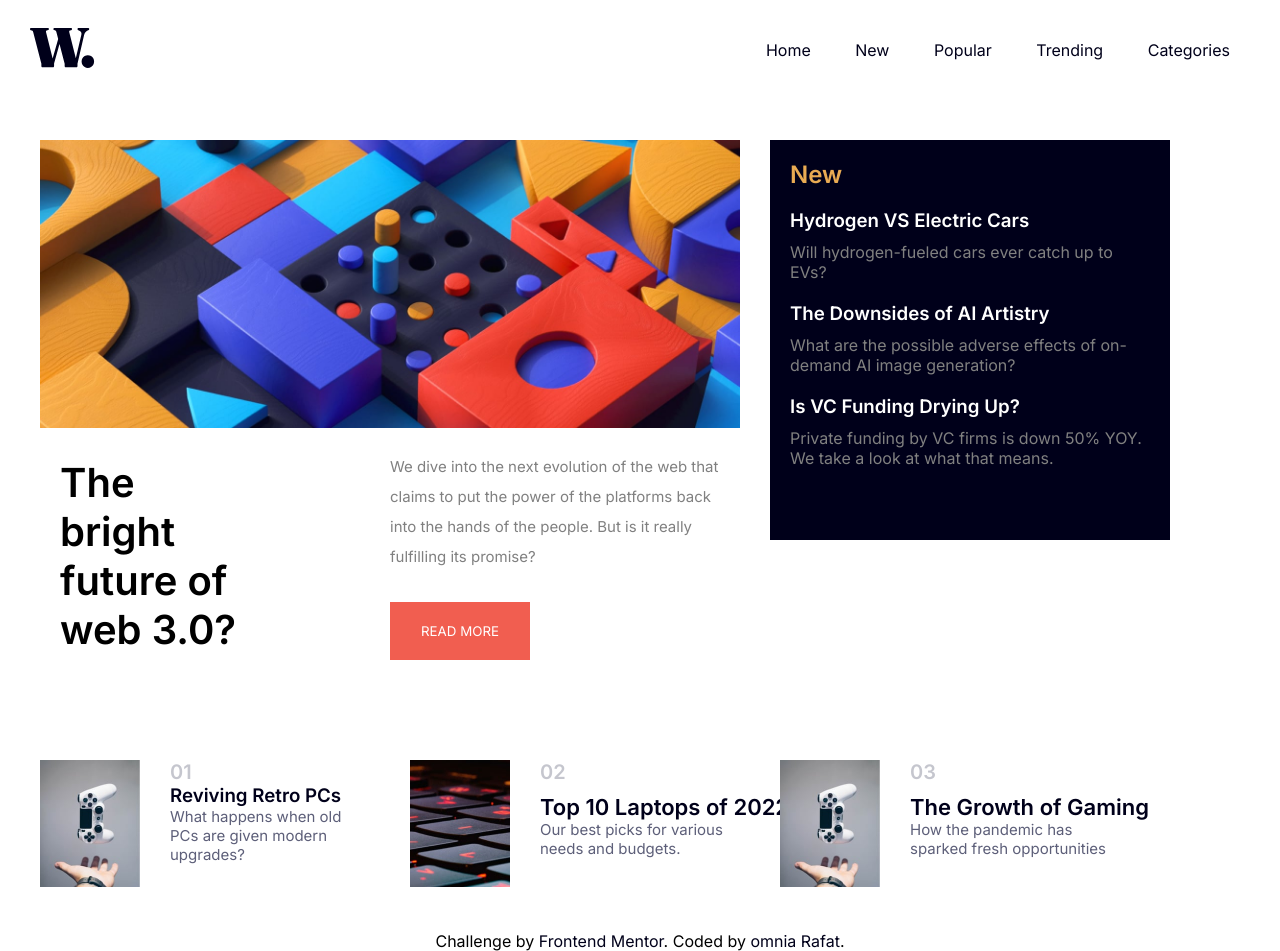
Repository: OmniaRafat232111121/HomePage
Page: index.html
An editor plug-in stored every save of this project. The page is shown before and after a run of saves, followed by the edit.
The browser window is 1280 px wide. The pictures show the whole page.

Above is the page before, as saved 2022-12-17 17:46:33.

After the next 2 saves:
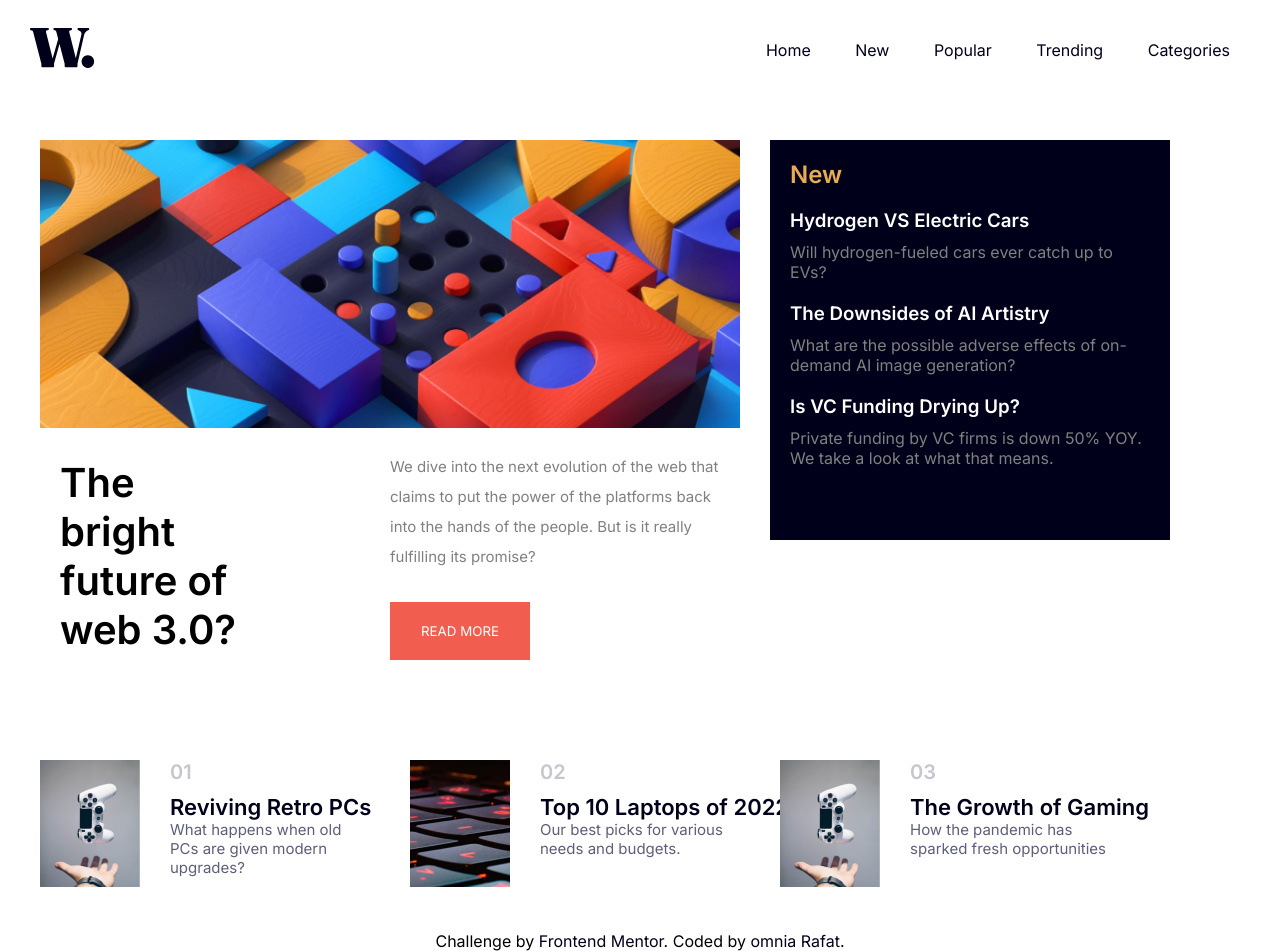
The 2 saves are shown as one change because they came seconds apart.
The last was saved 13 s later.
--- a/index.html
+++ b/index.html
@@ -71,7 +71,7 @@
             </div>
             <div class="con">
               <span>01</span>
-                <h3><a href="#">Reviving Retro PCs</a></h3>
+                <h2><a href="#">Reviving Retro PCs</a></h2>
           <p>What happens when old PCs are given modern upgrades?</p>
             </div>
 
